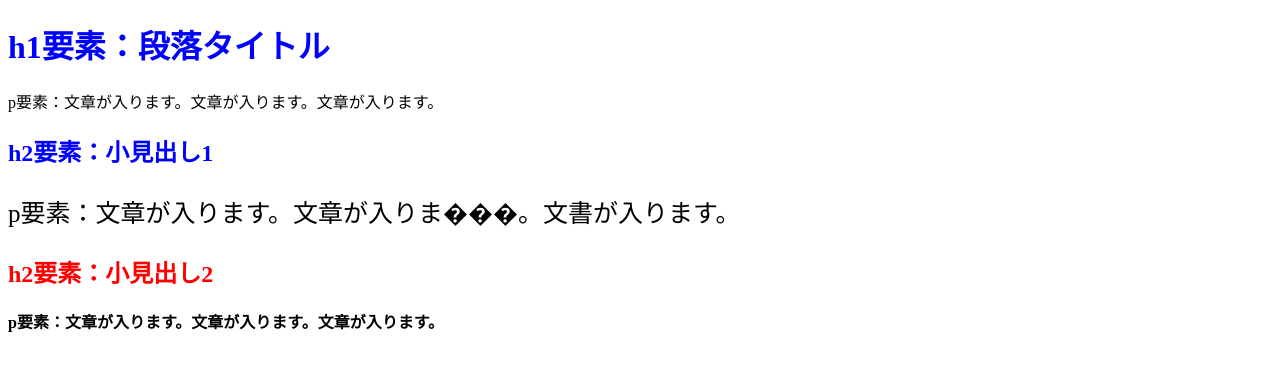
Repository: nagashimayosyun/samurai_HTML-CSS
Page: index.html
The author's editor kept a record of every edit. The page is drawn from the files as they stood at one moment, then again after the next edit.
The browser window is 1280 px wide. The pictures show the whole page.

Above is the page before.

After the next edit:
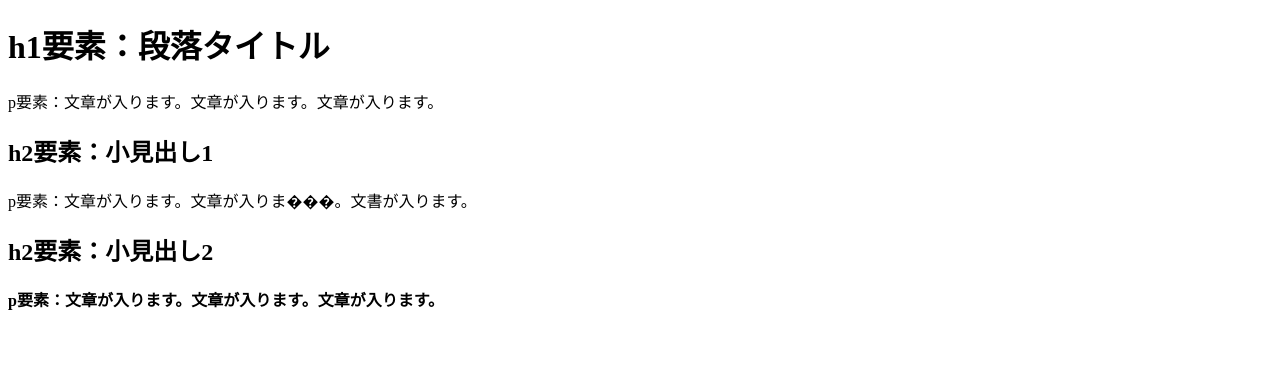
The edit:
--- a/index.html
+++ b/index.html
@@ -3,20 +3,12 @@
 <head>
     <meta charset="UTF-8">
     <title>HTML/SCCの学習</title>
-    <style>
-       #red  {
-       color: red;
-    }
-    .blue {
-        color: blue;
-    }
-    </style>
 </head>
 <body>
     <h1 class="blue">h1要素：段落タイトル</h1>
     <p>p要素：文章が入ります。文章が入ります。文章が入ります。</p>
     <h2 class="blue">h2要素：小見出し1</h2>
-    <P style="font-size: 25px;">
+    <P class="fs-25">
         p要素：文章が入ります。文章が入りま���。文書が入ります。
     </P>
     <h2 id="red">h2要素：小見出し2</h2>
